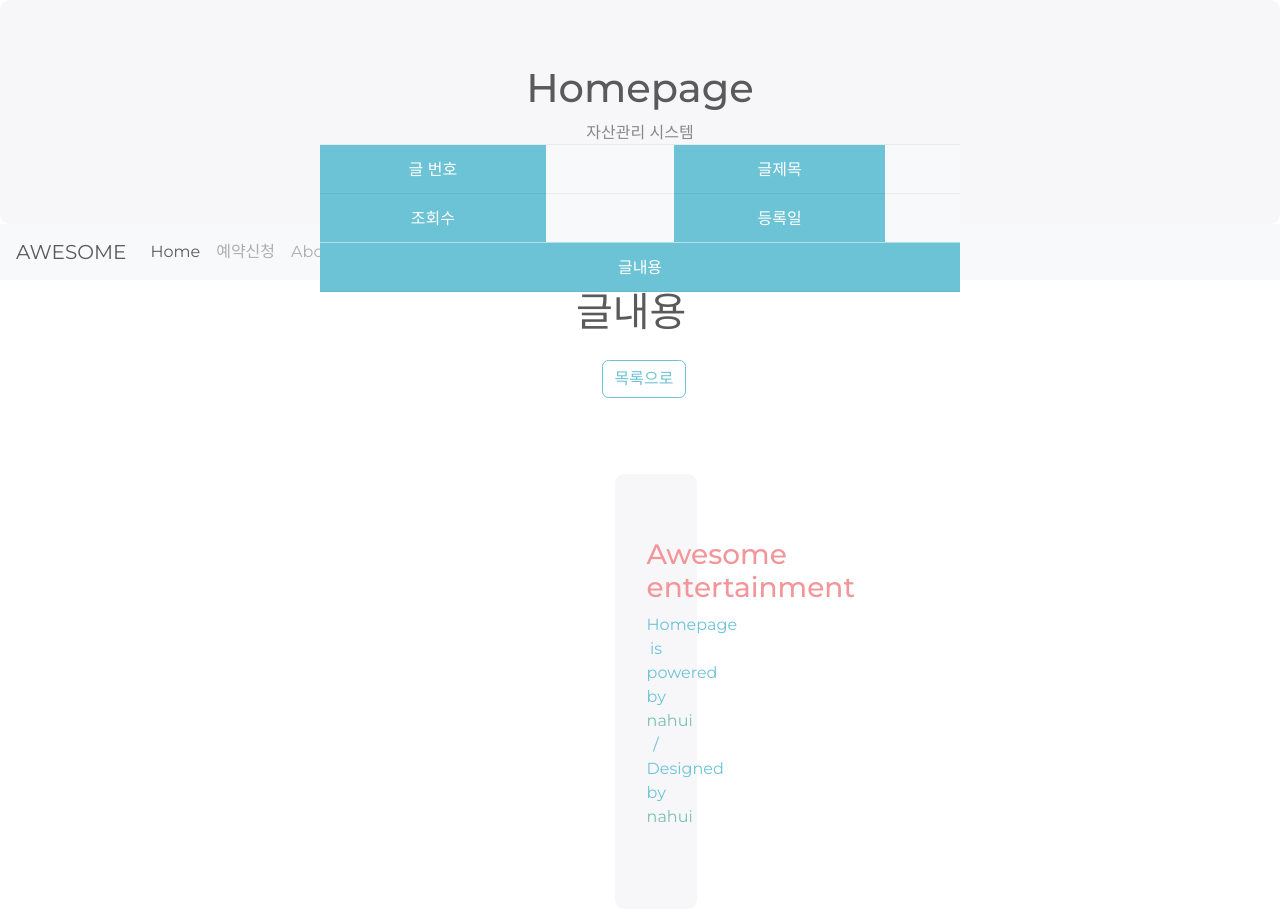
Repository: Nahui068/project1
Page: http://localhost/project1/WEB-INF/views/content.jsp
The author's editor kept a copy of each file at every save. The page is drawn from the files as they stood at one save, then again after the next save.
The browser window is 1280 px wide. The pictures show the whole page.
The page is served by Tomcat 9. Nobody is signed in. The template is opened directly, without the code that normally fills it, so the values that code supplies are empty.

Above is the page before, as saved 2021-01-07 02:44:33.

After the next save:
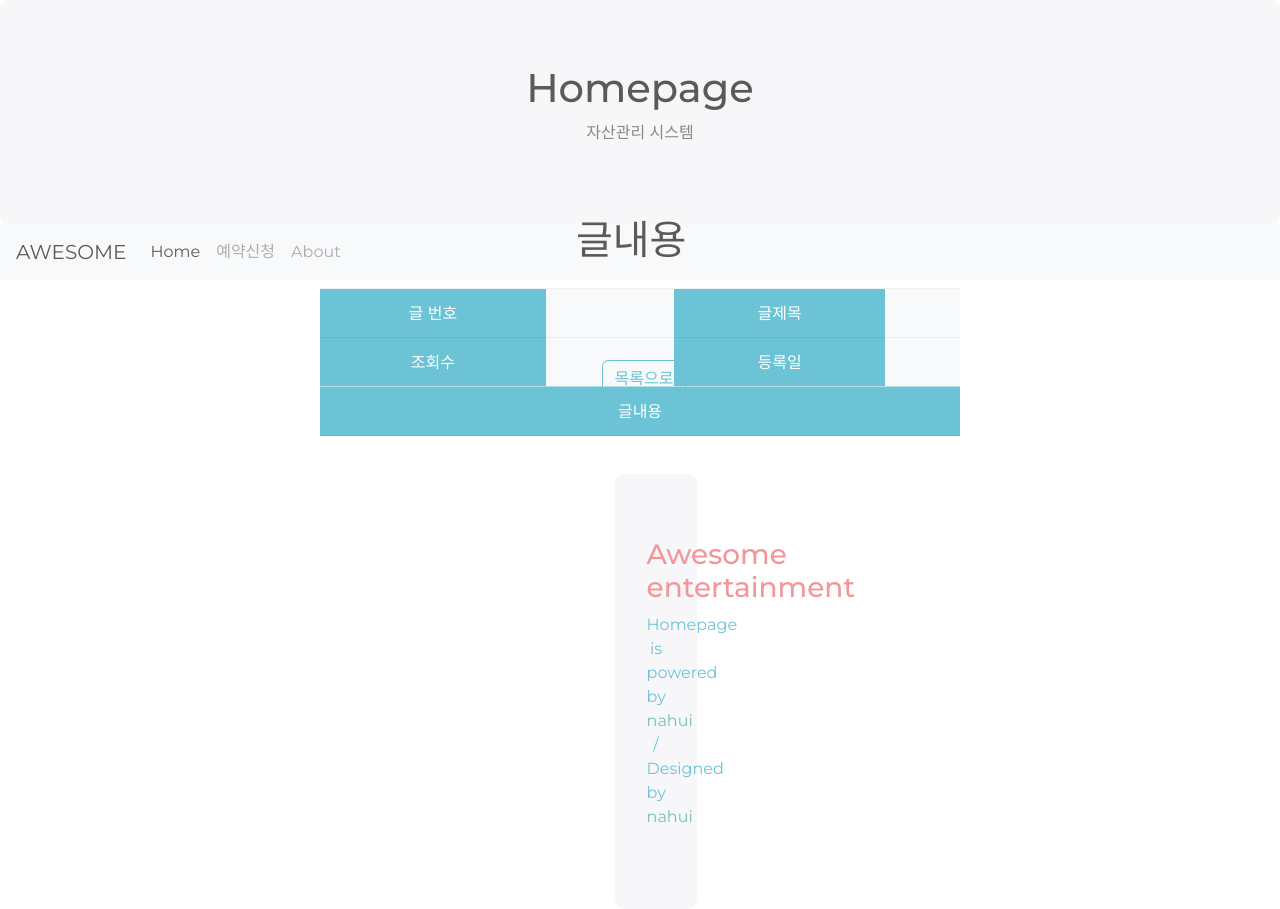
Saved 12 s later.
--- a/project1/src/main/webapp/WEB-INF/views/content.jsp
+++ b/project1/src/main/webapp/WEB-INF/views/content.jsp
@@ -13,8 +13,8 @@
 
 
 <body>
-	<h1 style="position:absolute; top:40%; left:45%;">글내용</h1>
-	<table class="table table-hover" style="text-align:center; position:absolute; top:20%; left:25%; width:50%;">
+	<h1 style="position:absolute; top:30%; left:45%;">글내용</h1>
+	<table class="table table-hover" style="text-align:center; position:absolute; top:40%; left:25%; width:50%;">
 		<tr>
 			<td class="table-info">글 번호</td><td class="table-light" style="width:20%;">${content.num}</td>
 			<td class="table-info">글제목</td><td class="table-light">${content.title}</td>
